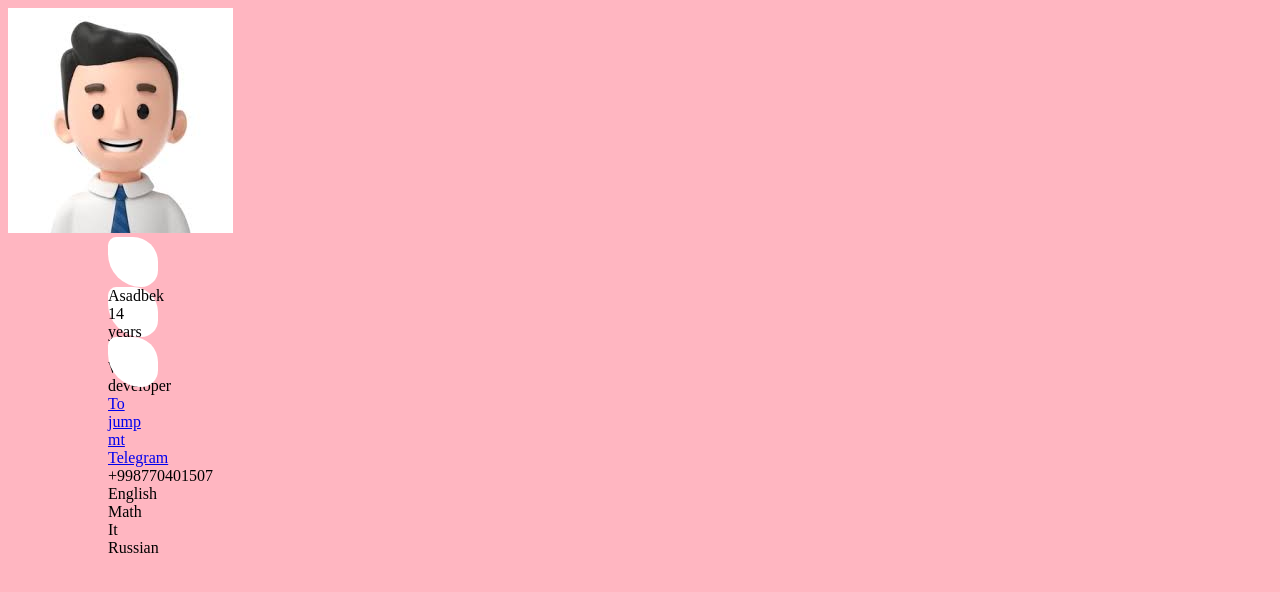
Repository: KHANas02/live-stream
Page: contact.html
These files come from the project's save history. The page is drawn as it stood at one moment and after the next save; the edit follows.
The browser window is 1280 px wide. The pictures show the whole page.

Above is the page before, as saved 2024-03-25 07:19:52.

### contact.html
<!DOCTYPE html>
<html lang="en">
<head>
    <meta charset="UTF-8">
    <meta name="viewport" content="width=device-width, initial-scale=1.0">
    <title>Contact with us</title>
    <link rel="stylesheet" href="./index.html">
</head>
<style>
    body{
        background-color: lightpink;
    }
    .text{
        background-image:url(data:[embedded picture, 5823 characters]);
       border-top-left-radius:20px;
       border-top-right-radius:60px;
       border-bottom-left-radius:80px;
       border-bottom-right-radius:40px;
       background-repeat:no-repeat;
       width: 50px;
       height: 50px;
       position: relative;
        left: 100px;
    }

    </style>
<body>
    <div class="container">
  <div class="contact-card">
    <div class="avatar"><img src="data:[embedded picture, 5823 characters]" alt=""></div>
    <div class="text"></div>
  </div>
  <div class="text">Asadbek <br>
14 years old <br>
Web developer <br>
<a href=" https://t.me/wzb_02">To jump mt Telegram</a> <br>
+998770401507 <br>
English <br>
Math <br>
It <br>
Russian <br>

    </div>


</div>
  <div class="contact-card">
    <div class="avatar"></div>
    <div class="text"></div>
  </div>
  <div id="magnifying-glass">
    <div id="glass"></div>
    <div id="handle">
       </div>
</body>
</html>

### index.html
<!DOCTYPE html>
<html lang="en">
  <head>
    <meta charset="UTF-8" />
    <head name="viewport" content="width=device-width, initial-scale=1.0">
      <title>Englify Live_stream</title>
      <link rel="stylesheet" href="./style.css" />
    </head>
    <style>
      .div1Img {
        font-size: 70px;
        font-family: serif;
        font-weight: 100;
        color: rgb(255, 0, 157);
        position: relative;
        left: 25px;
        top: 70px;
      }
      .div2 {
        font-size: 70px;
        font-family: serif;
        font-weight: 100;
        color: rgb(255, 0, 157);
        position: relative;
        left: 25px;
        top: 70px;
      }
      .div3 {
        font-size: 70px;
        font-family: serif;
        font-weight: 100;
        color: rgb(255, 0, 157);
        position: relative;
        left: 25px;
        top: 450px;
      }
    </style>
    <html>
      <body>
        <div class="div1">
          <div class="div1Img">JOIN TO OUR LIVE STREAM</div>
        </div>
        <div class="div2">
          Todat at 21:00 <br />
          Only with coffee
        </div>
        <div class="div3">
          Our on the telegram
          <br />
          @englify_asp <br />
          And join to us
        </div>
        <div class="hamburger-menu">
          <input id="menu__toggle" type="checkbox" />
          <label class="menu__btn" for="menu__toggle">
            <span></span>
          </label>

          <ul class="menu__box">
            <li><a class="menu__item" href="index.html">Главная</a></li>
            <li>
              <a class="menu__item" href="speaking.html"
                >Speaking полезная функция</a
              >
            </li>
            <li><a class="menu__item" href="group.html">участники прямой трансляции</a></li>
            <li><a class="menu__item" href="#">Блог</a></li>
            <li><a class="menu__item" href="contact.html">Контакты</a></li>
          </ul>
        </div>
      </body>
    </html>
  </head>
</html>

After the next save:
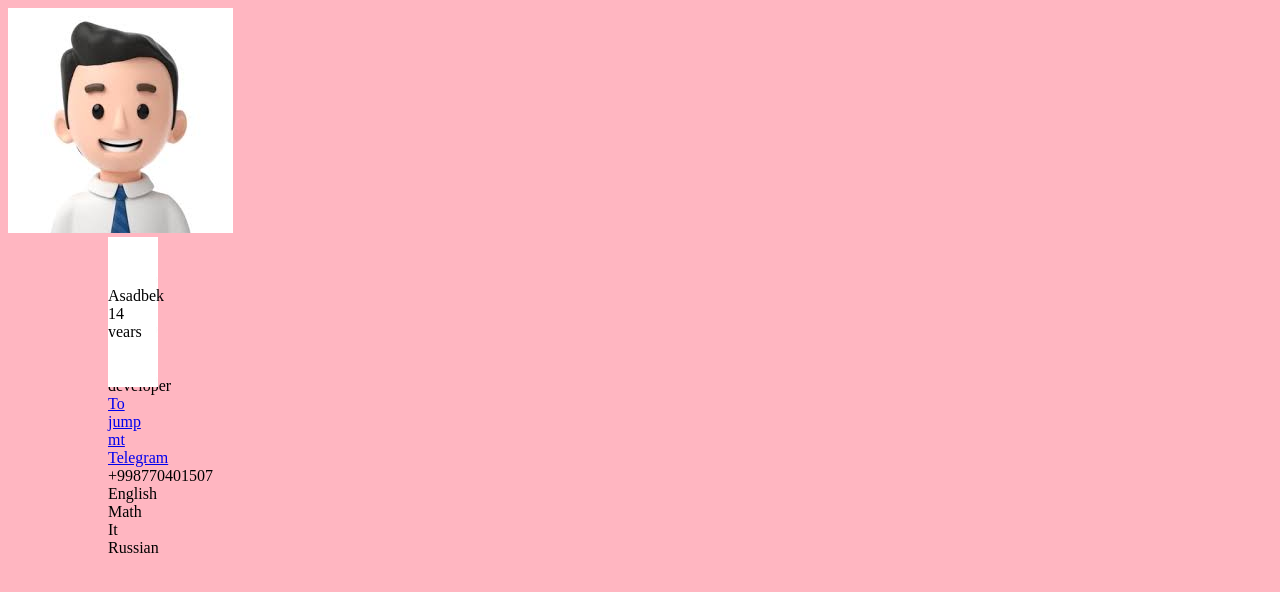
Saved 15 s later.
--- a/contact.html
+++ b/contact.html
@@ -12,10 +12,10 @@
     }
     .text{
         background-image:url(data:[embedded picture, 5823 characters]);
-       border-top-left-radius:20px;
+       /* border-top-left-radius:20px;
        border-top-right-radius:60px;
        border-bottom-left-radius:80px;
-       border-bottom-right-radius:40px;
+       border-bottom-right-radius:40px; */
        background-repeat:no-repeat;
        width: 50px;
        height: 50px;
